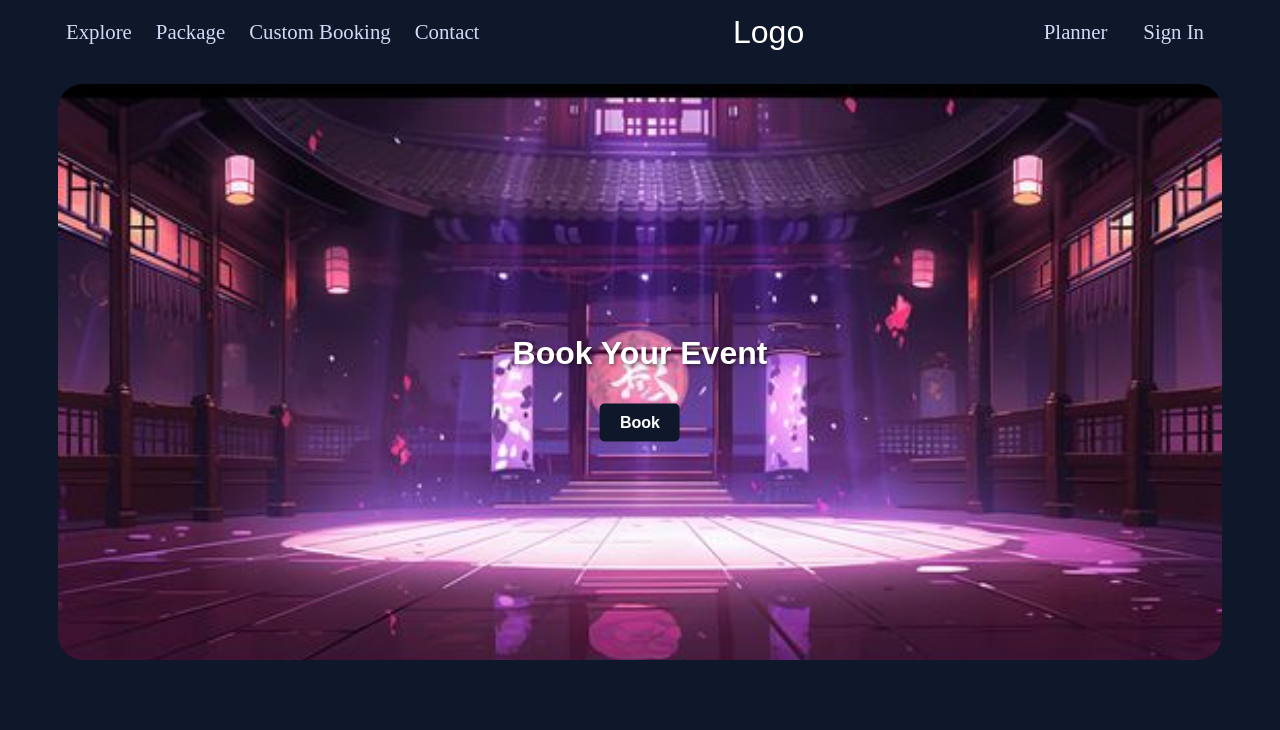
Repository: Demonster-01/Event-Management
Page: / (app in EventOrg/)
An editor plug-in stored every save of this project. The page is shown before and after a run of saves, followed by the edit.
The browser window is 1280 px wide. The pictures show the whole page.
Some web fonts or font styles are not loaded; a fallback is used. The project was rebuilt for these pictures with package versions that can differ from the ones it lists, and the page was loaded fresh each time. Also part of the build but not shown: EventOrg/vite.config.js, EventOrg/src/components/Slideshow.jsx.

Above is the page before, as saved 2024-11-08 20:37:36.

### EventOrg/index.html
<!doctype html>
<html lang="en">
  <head>
    <meta charset="UTF-8" />
    <link rel="icon" type="image/svg+xml" href="/vite.svg" />
    <meta name="viewport" content="width=device-width, initial-scale=1.0" />
    <!-- <link
      href="https://fonts.googleapis.com/css2?family=Roboto:wght@400;700&display=swap"
      rel="stylesheet"> -->
    <link
      href="https://fonts.googleapis.com/css2?family=Oranienbaum&display=swap"
      rel="stylesheet">

    <title>Event Mialune</title>
  </head>
  <body>
    <div id="root"></div>
    <script type="module" src="/src/main.jsx"></script>
  </body>
</html>

### EventOrg/src/App.jsx
import { useState } from "react";

import "./App.css";

import Nav from "./components/Nav";
import Slider from "./components/Slider";
import Slideshow from "./components/Slideshow";

function App() {
  return (
    <div className="App">
      <Nav />
      <Slider />

      {/* <Slideshow /> */}
    </div>
  );
}

export default App;

### EventOrg/src/App.css
body {
  margin: 0;
  background-color: #0f172a; /* Default text color */
  font-family: "Arial", sans-serif; /* Optional, to set a base font family */
  min-height: 100vh; /* Ensure the background covers the entire screen */
}

### EventOrg/src/components/Nav.jsx
import styles from "../module_css/Nav.module.css";

export default function Nav() {
  return (
    <div className={styles.container}>
      <nav className={styles.navbar}>
        <ul className={styles.nav_list}>
          <li className={styles.nav_item}>Explore</li>
          <li className={styles.nav_item}>Package</li>
          <li className={styles.nav_item}>Custom Booking</li>
          <li className={styles.nav_item}>Contact</li>
        </ul>
      </nav>

      <div className={styles.logo}>Logo</div>
      <div className={styles.btngroup}>
        <button className={styles.btn}>Planner</button>
        <button className={styles.btn}>Sign In</button>
      </div>
    </div>
  );
}

### EventOrg/src/components/Slider.jsx
import React, { useState, useEffect } from "react";
import styles from "../module_css/Slider.module.css";

import image1 from "../assets/images/image.jpg";
import hallImage from "../assets/images/hall.jpg";
import image3 from "../assets/images/image.jpg";

export default function Slider() {
  const [currentImageIndex, setCurrentImageIndex] = useState(0);

  const images = [
    {
      url: image3,
      caption: (
        <div className={styles.sliderCaption}>
          <p>Get your Custom Booking</p>
          <button className={styles.button} onClick={() => alert("Booking...")}>
            Book
          </button>
        </div>
      ),
    },
    {
      url: hallImage,
      caption: (
        <div className={styles.sliderCaption}>
          <p>Book Your Event</p>
          <button className={styles.button} onClick={() => alert("Booking...")}>
            Book
          </button>
        </div>
      ),
    },
    {
      url: image3,
      caption: (
        <div className={styles.sliderCaption}>
          <p>Book Here</p>
          <button className={styles.button} onClick={() => alert("Booking...")}>
            Book
          </button>
        </div>
      ),
    },
  ];

  // Function to handle the next image in the slider
  const nextImage = () => {
    setCurrentImageIndex((prevIndex) => (prevIndex + 1) % images.length);
  };

  // Automatic slider every 3 seconds
  useEffect(() => {
    const interval = setInterval(nextImage, 3000);
    return () => clearInterval(interval); // Cleanup on component unmount
  }, []);

  return (
    <div className={styles.slider_container}>
      <div className={styles.image_slider}>
        <img
          src={images[currentImageIndex].url}
          alt={images[currentImageIndex].caption}
          className={styles.slider_image}
        />
        <div className={styles.image_caption}>
          {images[currentImageIndex].caption}
        </div>
      </div>
    </div>
  );
}

### EventOrg/src/module_css/Nav.module.css
.container {
  display: flex;
  justify-content: space-between;
  align-items: center;
  margin-top: 10px;
  margin-bottom: 0px;
  padding: 0 1rem;
}

.navbar {
  color: #d2dbf5;
  font-size: 1.3rem;
  font-family: "Oranienbaum";
  margin-left: 50px;
}

.nav_list {
  display: flex;
  list-style-type: none;
  margin: 0;
  padding: 0;
}

.nav_item {
  margin-right: 1.5rem;
  color: 404a42;
  cursor: pointer;
}

.nav_item:hover,
.btn:hover {
  text-shadow: 2px 2px 5px rgba(238, 240, 233, 0.884);
  cursor: pointer;
  transition: color 0.3s ease;
}

.btngroup {
  display: flex;
  gap: 1rem;
  margin-right: 50px;
}

.btn {
  font-family: "Oranienbaum";
  font-size: 1.3rem;
  border: none;
  padding: 10px;
  background-color: transparent;
  color: #d2dbf5;
}

.logo {
  color: white;
  font-size: 2rem;
}

### EventOrg/src/module_css/Slider.module.css
/* Container for the slider */
.slider_container {
  margin: 30px 0;
  display: flex;
  justify-content: center;
  align-items: center;
  position: absolute;
  height: 80%;
  width: 100%;
  overflow: hidden;
}

/* Styling for the image and text inside the slider */
.image_slider {
  position: relative;
  width: 91%;
  height: 100%;
}

/* Image styling */
.slider_image {
  width: 100%;
  height: 100%;
  border-radius: 25px;
  object-fit: cover; /* Ensures the image covers the entire container */
  transition: opacity 0.5s ease; /* Smooth transition for image changes */
}

/* Text caption styling */
.image_caption {
  position: absolute;
  top: 50%;
  left: 50%;
  transform: translate(-50%, -50%);
  color: white;
  font-size: 2rem;
  font-weight: bold;
  text-shadow: 2px 2px 4px rgba(0, 0, 0, 0.5); /* Text shadow for better visibility */
}

.button {
  top: 50%;
  left: 40%;
  background-color: #0f172a; /* Primary color */
  color: #ffffff; /* Text color */
  border: none; /* Remove border */
  padding: 10px 20px; /* Button padding */
  font-size: 1rem; /* Font size */
  font-weight: bold; /* Make the text bold */
  border-radius: 5px; /* Rounded corners */
  cursor: pointer; /* Change cursor to pointer */
  transition: background-color 0.3s ease, transform 0.2s ease; /* Smooth transition */
}

.button:hover {
  background-color: #1d2c4e;
  transform: scale(1.05);
  outline: 2px solid #a04407;
}

/* .button:active {
  transform: scale(0.95);
  background-color: #004494;
} */

.sliderCaption {
  display: flex;
  flex-direction: column;
  justify-content: center;
  align-items: center;
  text-align: center;
}

### EventOrg/src/components/Filter_service.jsx
export default function Filter(){
    return (<div>
        <div>
            <button>Venue</button>
            <button>Decorations</button>
            <button>Services</button>
        </div>
        <span>Min Price</span>
        <span>Miax Price</span>
        <input type="text" placeholder="Search"/>
    </div>
}

Loaded but not shown: EventOrg/src/main.jsx (common file)

After the next 5 saves:
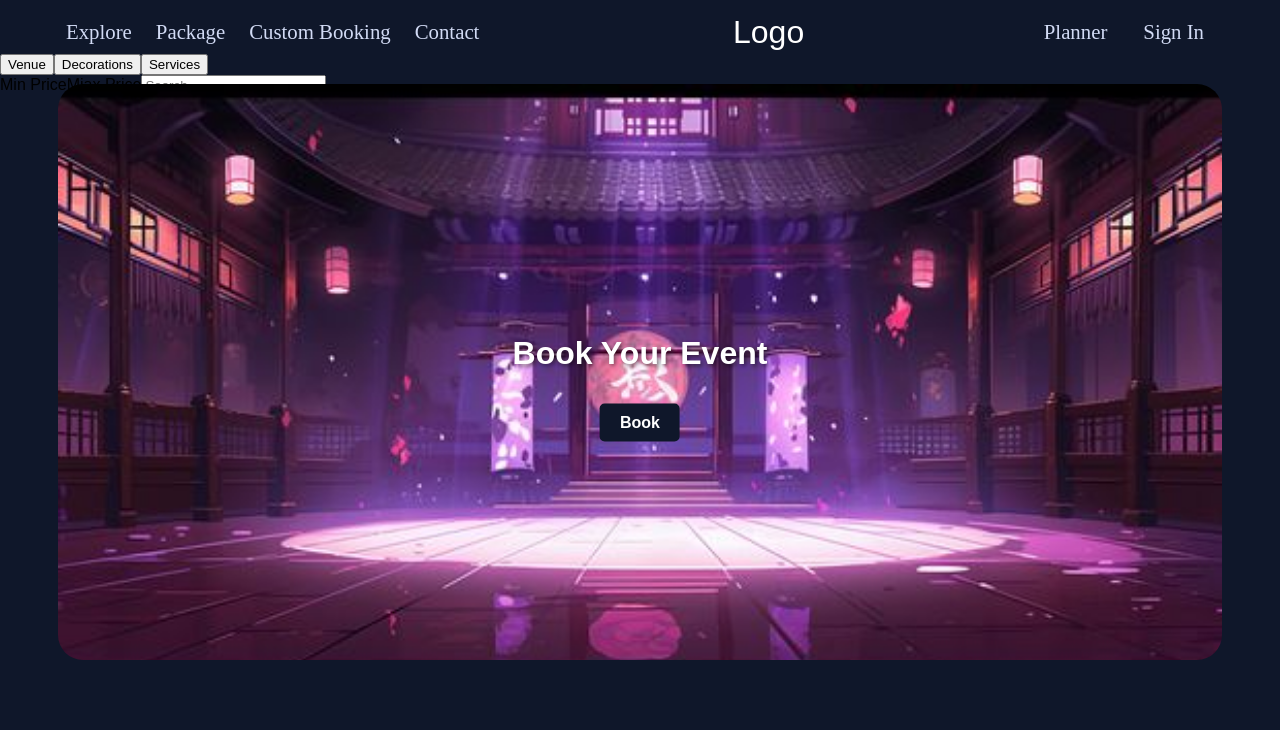
The 5 saves are shown as one change because 4 did not build or start.
The last was saved 67 s later.
--- a/EventOrg/src/App.jsx
+++ b/EventOrg/src/App.jsx
@@ -5,12 +5,14 @@
 import Nav from "./components/Nav";
 import Slider from "./components/Slider";
 import Slideshow from "./components/Slideshow";
+import Filter_service from "./components/Filter_service";
 
 function App() {
   return (
     <div className="App">
       <Nav />
       <Slider />
+      <Filter_service />
 
       {/* <Slideshow /> */}
     </div>
--- a/EventOrg/src/components/Filter_service.jsx
+++ b/EventOrg/src/components/Filter_service.jsx
@@ -1,12 +1,14 @@
-export default function Filter(){
-    return (<div>
-        <div>
-            <button>Venue</button>
-            <button>Decorations</button>
-            <button>Services</button>
-        </div>
-        <span>Min Price</span>
-        <span>Miax Price</span>
-        <input type="text" placeholder="Search"/>
+export default function Filter_service() {
+  return (
+    <div>
+      <div>
+        <button>Venue</button>
+        <button>Decorations</button>
+        <button>Services</button>
+      </div>
+      <span>Min Price</span>
+      <span>Miax Price</span>
+      <input type="text" placeholder="Search" />
     </div>
+  );
 }

After the 2 saves that followed:
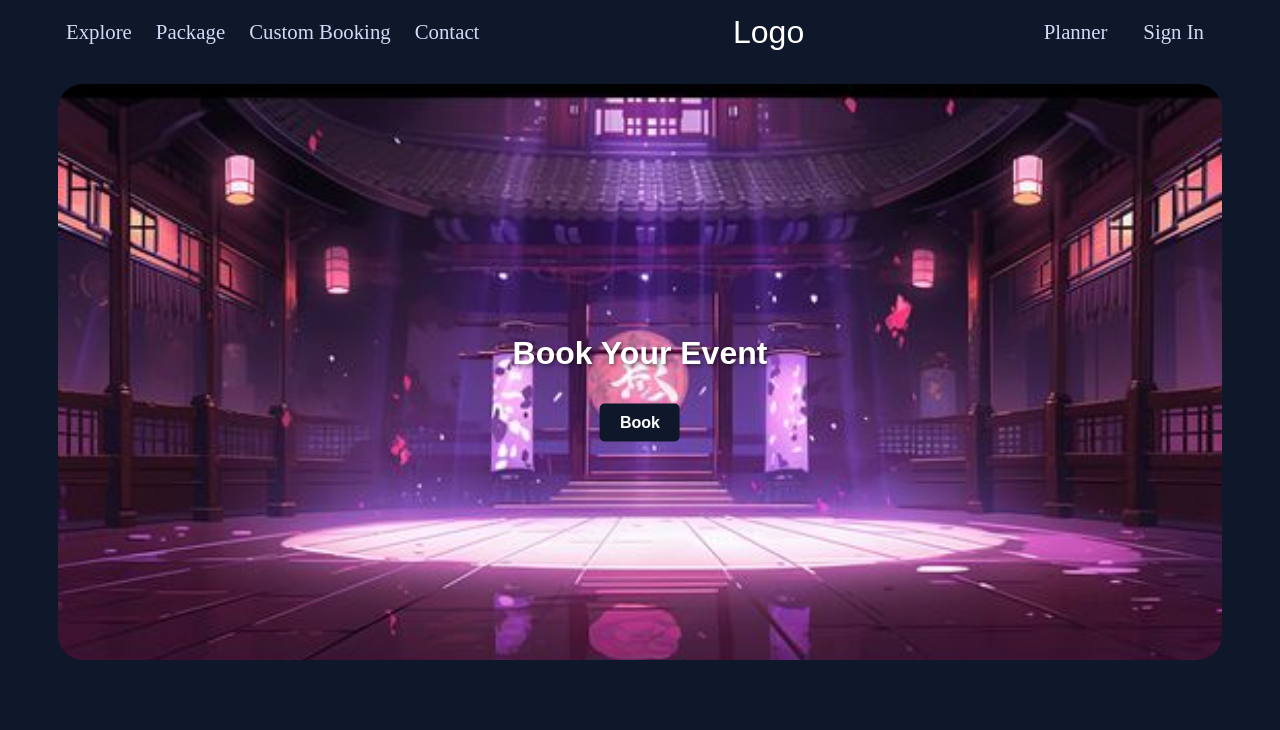
The 2 saves are shown as one change because 1 did not build or start.
The last was saved 29 s later.
--- a/EventOrg/src/components/Filter_service.jsx
+++ b/EventOrg/src/components/Filter_service.jsx
@@ -1,14 +1,3 @@
 export default function Filter_service() {
-  return (
-    <div>
-      <div>
-        <button>Venue</button>
-        <button>Decorations</button>
-        <button>Services</button>
-      </div>
-      <span>Min Price</span>
-      <span>Miax Price</span>
-      <input type="text" placeholder="Search" />
-    </div>
-  );
+  return;
 }
